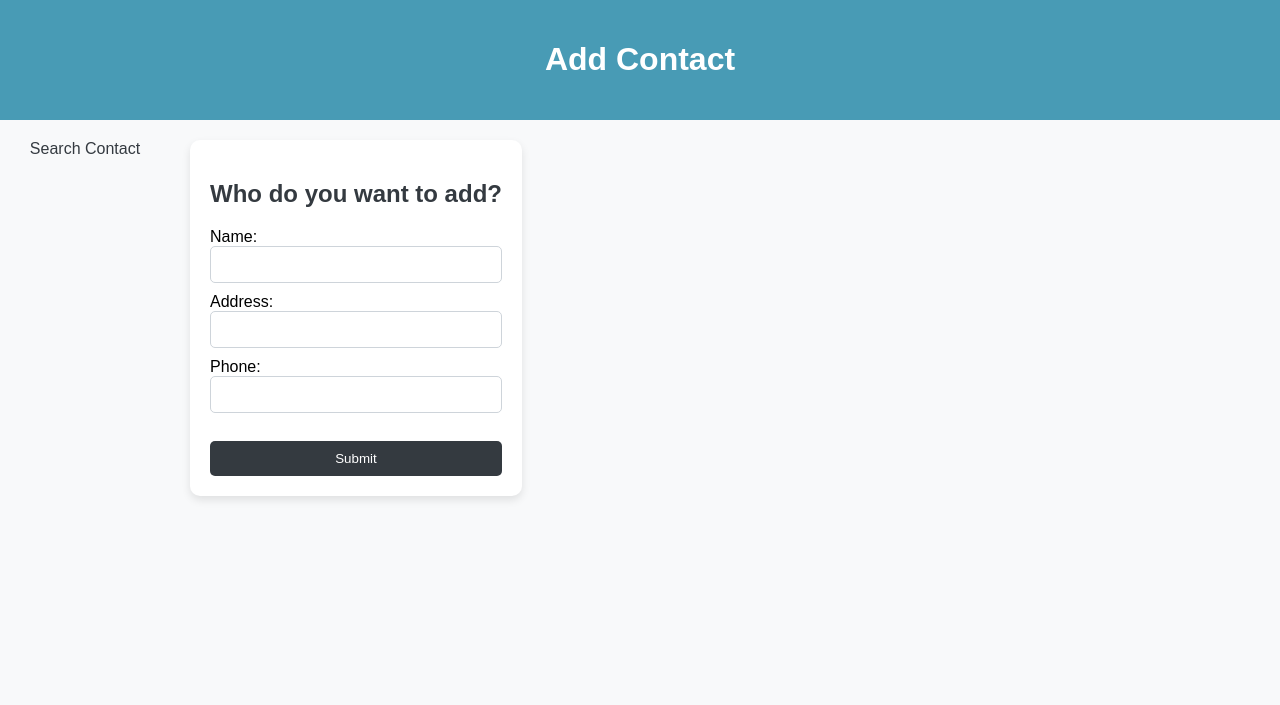
Repository: jonahnathan/techExercise
Page: webproject/src/main/webapp/simpleFormInsert.html
An editor plug-in stored every save of this project. The page is shown before and after the next save, followed by the edit.
The browser window is 1280 px wide. The pictures show the whole page.

Above is the page before, as saved 2024-03-28 23:39:53.

### webproject/src/main/webapp/simpleFormInsert.html
<!DOCTYPE html>
<html lang="en">
<head>
    <meta charset="UTF-8">
    <meta name="viewport" content="width=device-width, initial-scale=1.0">
    <title>Add Contact</title>
    <style>
        body {
            font-family: Arial, sans-serif;
            margin: 0;
            padding: 0;
            background-color: #f8f9fa;
        }

        header {
            background-color: #489bb5;
            color: white;
            text-align: center;
            padding: 20px;
        }

        nav {
            background-color: #f8f9fa;
            padding: 10px;
            width: 150px;
            float: left;
        }

        nav a {
            display: block;
            color: #343a40;
            text-decoration: none;
            padding: 10px 0;
            text-align: center;
        }

        nav a:hover {
            background-color: #e9ecef;
        }

        section {
            background-color: white;
            float: left;
            padding: 20px;
            margin: 20px;
            border-radius: 10px;
            box-shadow: 0 4px 8px 0 rgba(0,0,0,0.1);
        }

        section h1 {
            color: #343a40;
            margin-bottom: 20px;
            text-align: center;
        }

        form {
            max-width: 300px;
            margin: 0 auto;
        }

        input[type="text"] {
            width: 100%;
            padding: 10px;
            margin-bottom: 10px;
            border: 1px solid #ced4da;
            border-radius: 5px;
            box-sizing: border-box;
        }

        input[type="submit"] {
            width: 100%;
            padding: 10px;
            background-color: #343a40;
            color: white;
            border: none;
            border-radius: 5px;
            cursor: pointer;
        }

        input[type="submit"]:hover {
            background-color: #23272b;
        }

        footer {
            background-color: #343a40;
            color: white;
            clear: both;
            text-align: center;
            padding: 20px;
        }
    </style>
</head>
<body>

<header>
    <h1>Add Contact</h1>
</header>

<nav>
    <a href="/webproject/simpleFormSearch.html">Search Contact</a>
</nav>

<section>
    <h1>Who do you want to add?</h1>
    <form action="SimpleFormInsert" method="POST">
        <label for="name">Name:</label><br>
        <input type="text" id="name" name="name"><br>
        <label for="address">Address:</label><br>
        <input type="text" id="address" name="address"><br>
        <label for="phone">Phone:</label><br>
        <input type="text" id="phone" name="phone"><br><br>
        <input type="submit" value="Submit">
    </form>
</section>



</body>
</html>

After the next save:
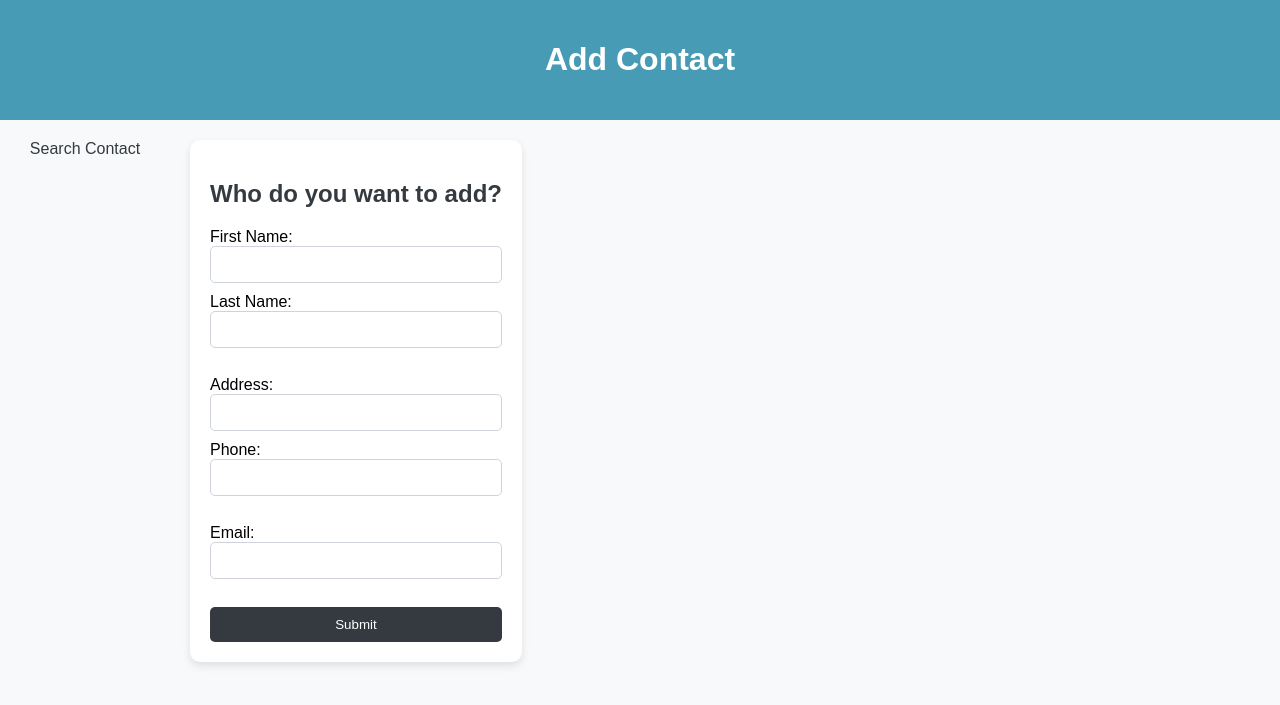
Saved 24 min 39 s later.
--- a/webproject/src/main/webapp/simpleFormInsert.html
+++ b/webproject/src/main/webapp/simpleFormInsert.html
@@ -103,11 +103,15 @@
 <section>
     <h1>Who do you want to add?</h1>
     <form action="SimpleFormInsert" method="POST">
-        <label for="name">Name:</label><br>
+        <label for="name">First Name:</label><br>
         <input type="text" id="name" name="name"><br>
+        <label for="phone">Last Name:</label><br>
+        <input type="text" id="phone" name="phone"><br><br>
         <label for="address">Address:</label><br>
         <input type="text" id="address" name="address"><br>
         <label for="phone">Phone:</label><br>
+        <input type="text" id="phone" name="phone"><br><br>
+        <label for="phone">Email:</label><br>
         <input type="text" id="phone" name="phone"><br><br>
         <input type="submit" value="Submit">
     </form>
